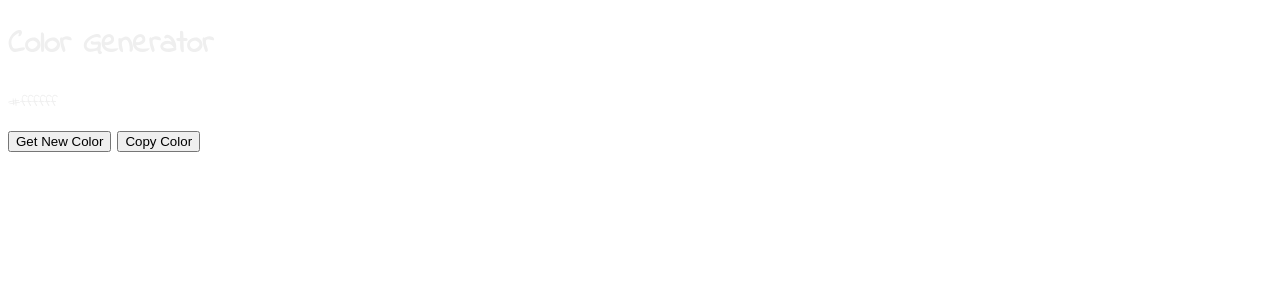
Repository: codimis/JSB-01-Color-Changer
Page: index.html
These files come from the project's save history. The page is drawn as it stood at one moment and after the next save; the edit follows.
The browser window is 1280 px wide. The pictures show the whole page.

Above is the page before, as saved 2021-09-17 01:35:29.

After the next save:
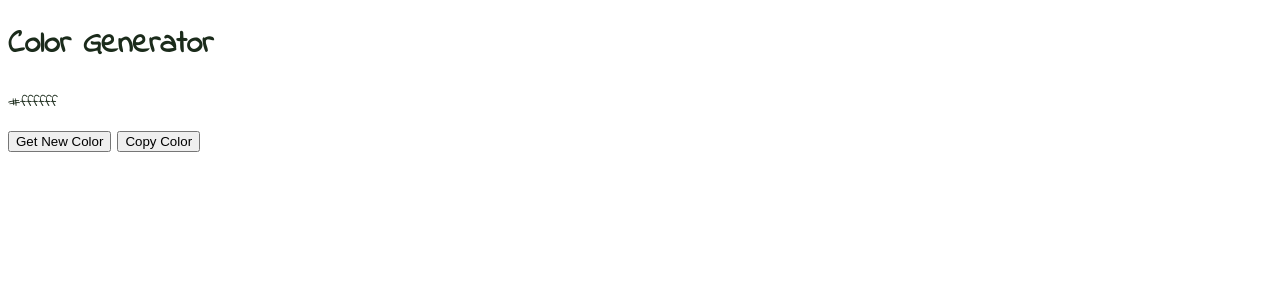
Saved 8 s later.
--- a/style.css
+++ b/style.css
@@ -7,5 +7,6 @@
 
 body {
     font-family: "Indie Flower", sans-serif;
-    color: var(--color-light)
+    color: var(--color-dark)
+
 }
